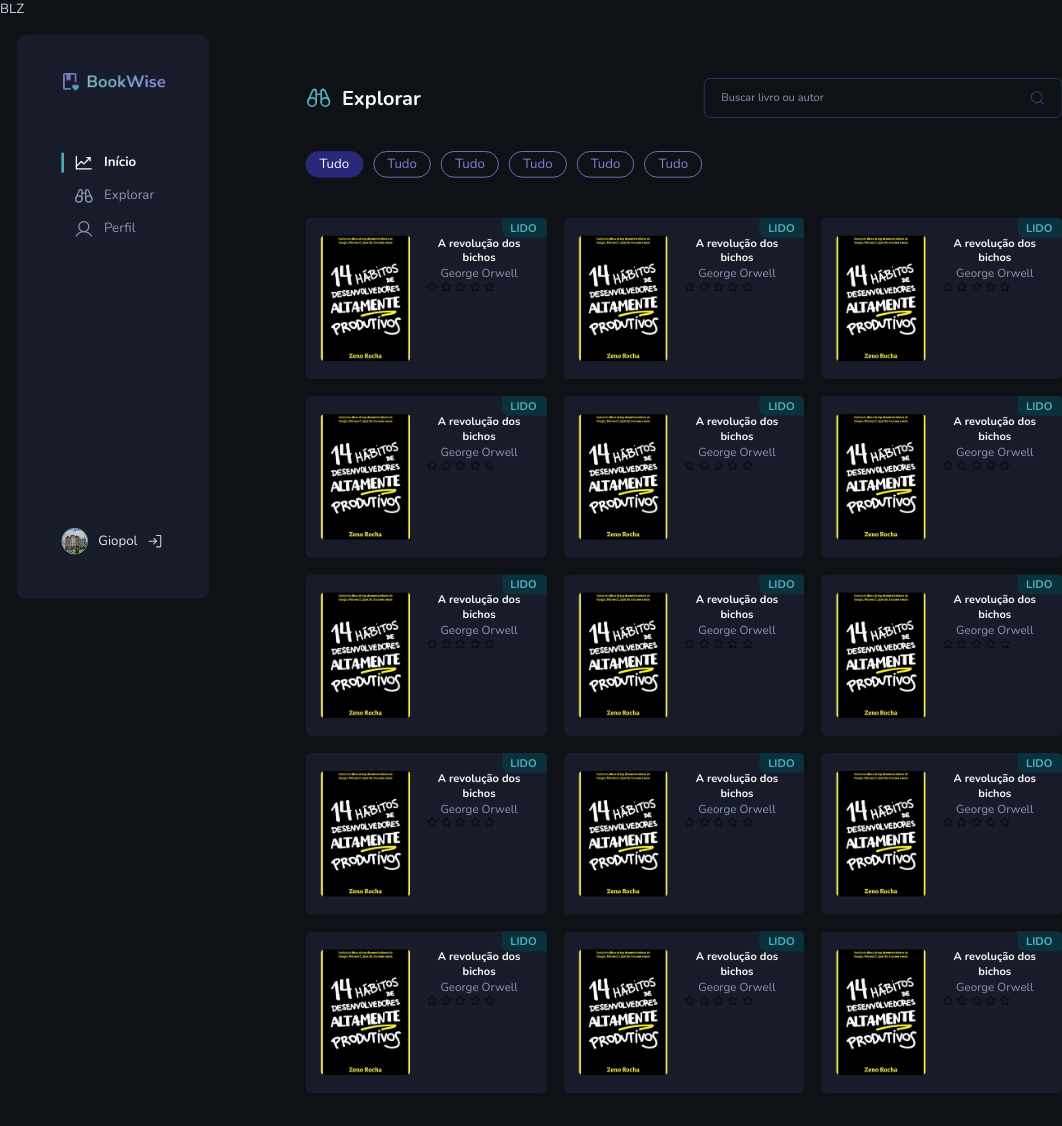
Repository: Giopol12/book-wise
Page: /explore/index.page
These files come from the project's save history. The page is drawn as it stood at one moment and after the next save; the edit follows.
The browser window is 1280 px wide. The pictures show the whole page, at 83% of full size.
The project was rebuilt for these pictures with package versions that can differ from the ones it lists, and the page was loaded fresh each time. The framework's server and built-in components were replaced by stand-ins that run in the browser. Also part of the build but not shown: next.config.js.

Above is the page before, as saved 2023-10-27 09:52:15.

After the next save:
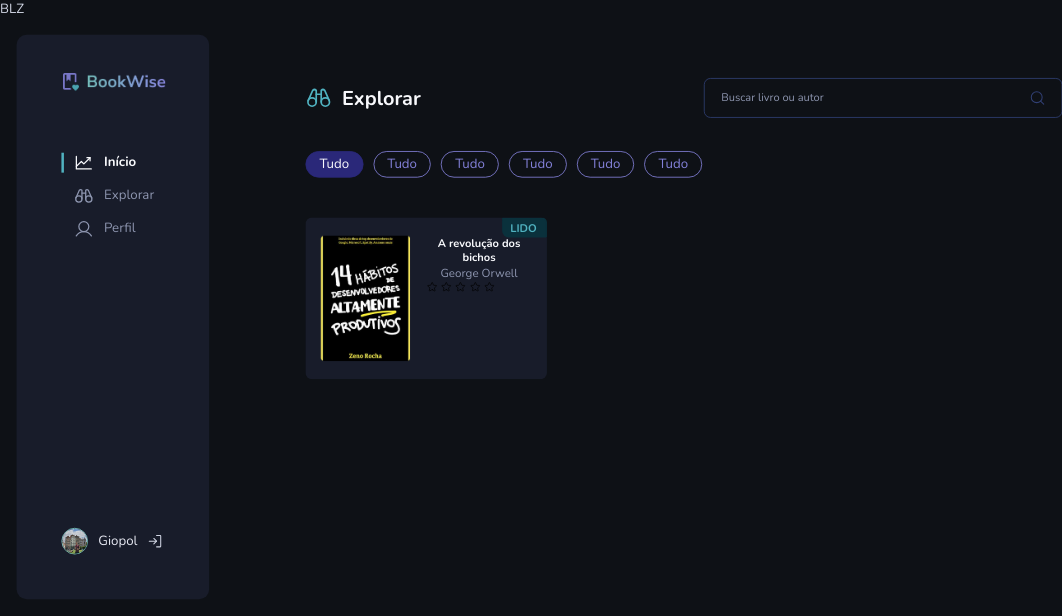
Saved 31 s later.
--- a/src/pages/explore/index.page.tsx
+++ b/src/pages/explore/index.page.tsx
@@ -44,7 +44,7 @@ export default function Explore() {
           <Tag>Tudo</Tag>
         </TagsContainer>
         <ExploreBookContainer>
-          {array.map((id) => {
+          {/* {array.map((id) => {
             return (
               <Dialog.Root>
                 <Dialog.Trigger asChild>
@@ -53,7 +53,7 @@ export default function Explore() {
                 <NewCommentModal />
               </Dialog.Root>
             )
-          })}
+          })} */}
           {/* <Dialog.Root>
             <Dialog.Trigger asChild>
               <button>Nova transação</button>
@@ -61,6 +61,12 @@ export default function Explore() {
 
             <NewCommentModal />
           </Dialog.Root> */}
+          <Dialog.Root>
+            <Dialog.Trigger asChild>
+              <ExploreBookCard />
+            </Dialog.Trigger>
+            <NewCommentModal />
+          </Dialog.Root>
         </ExploreBookContainer>
       </ExploreContainer>
     </Container>
